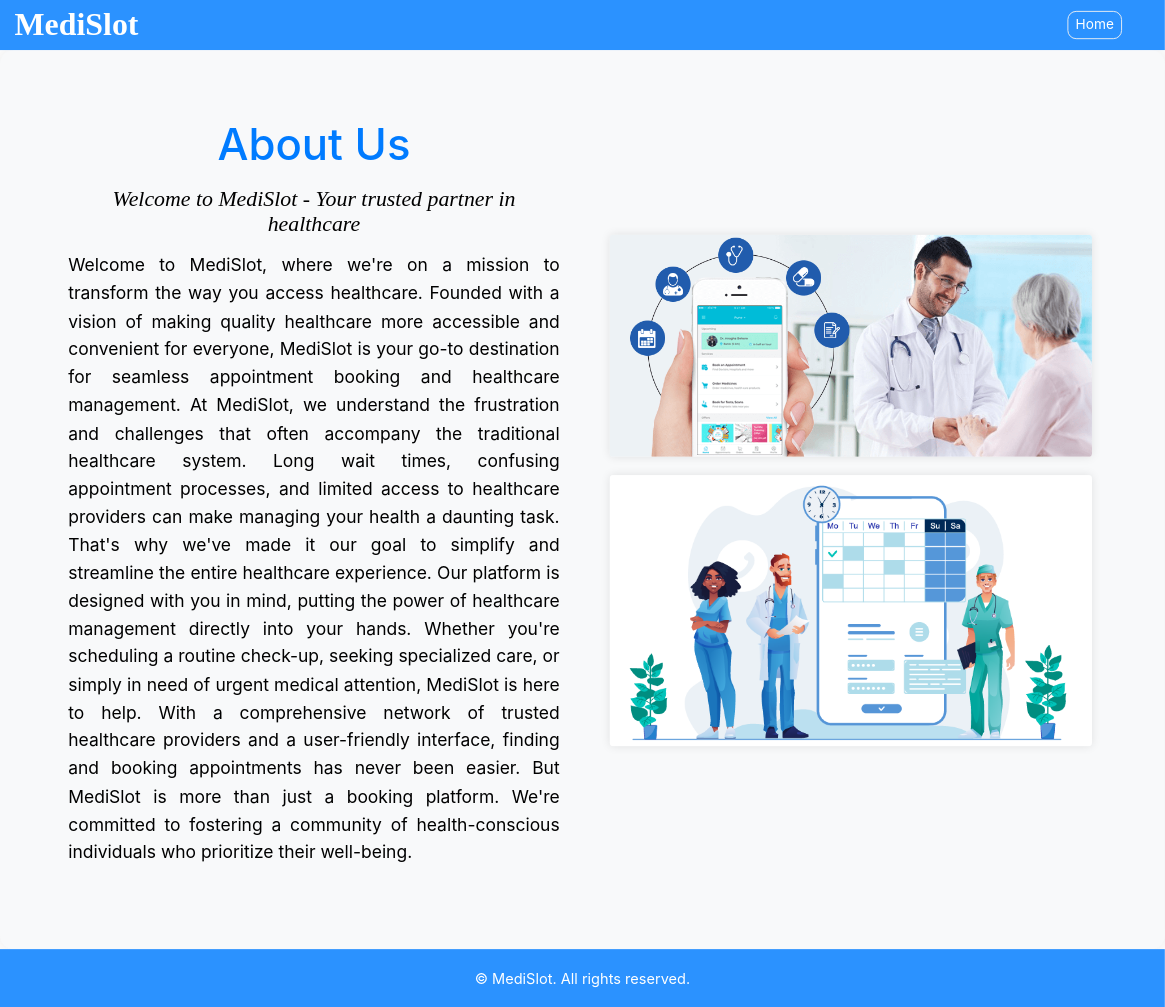
Repository: MohaseenAli/mediSlot
Page: http://localhost/mediSlot/about.jsp
An editor plug-in stored every save of this project. The page is shown before and after the next save, followed by the edit.
The browser window is 1280 px wide. The pictures show the whole page, at 91% of full size.
The page is served by Tomcat 10.

Above is the page before, as saved 2024-04-21 12:16:36.

After the next save:
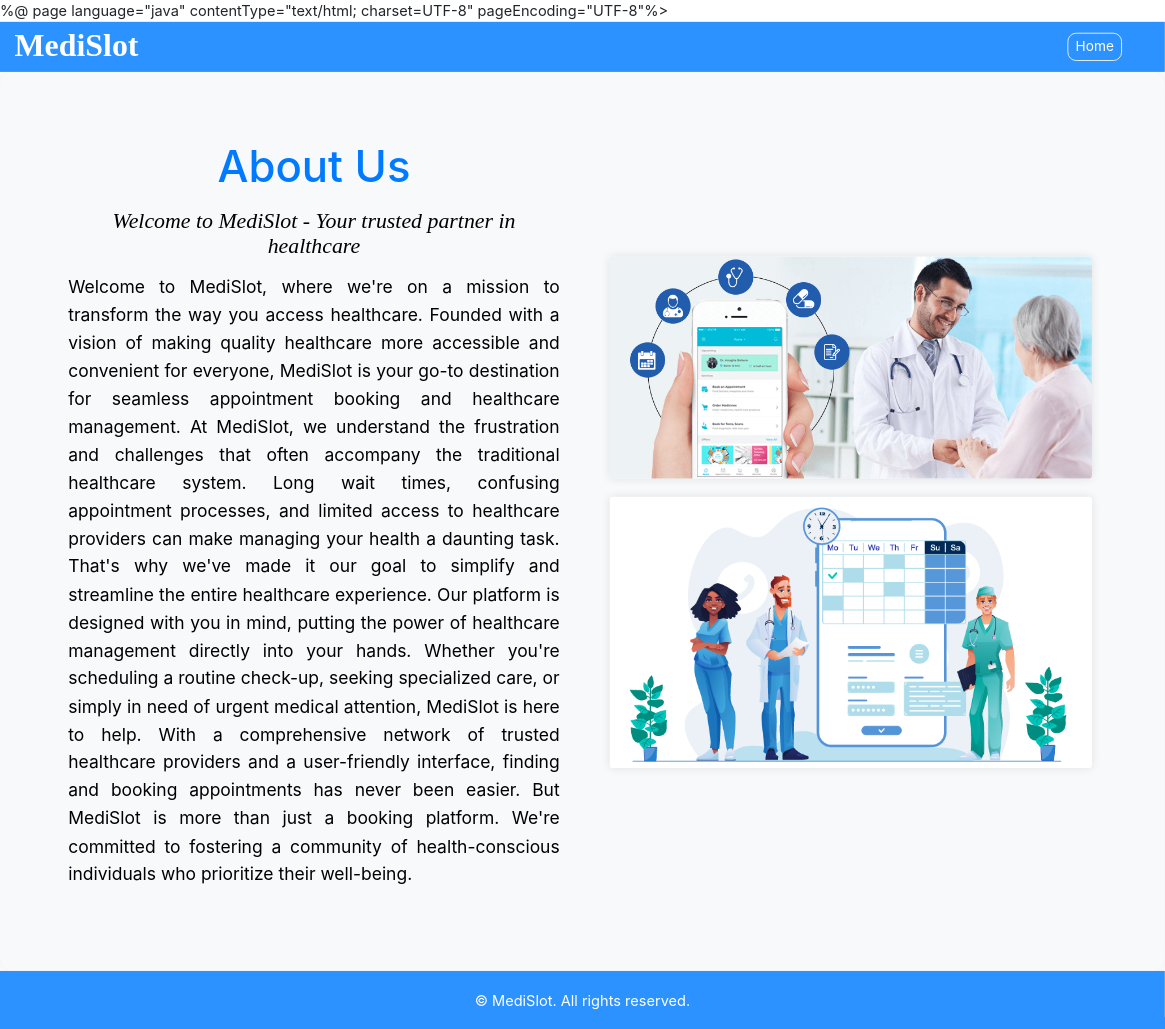
Saved 3 min 22 s later.
--- a/mediSlot/src/main/webapp/about.jsp
+++ b/mediSlot/src/main/webapp/about.jsp
@@ -1,4 +1,4 @@
-<%@ page language="java" contentType="text/html; charset=UTF-8"
+%@ page language="java" contentType="text/html; charset=UTF-8"
 	pageEncoding="UTF-8"%>
 <%@ page session="true"%>
 <!DOCTYPE html>
